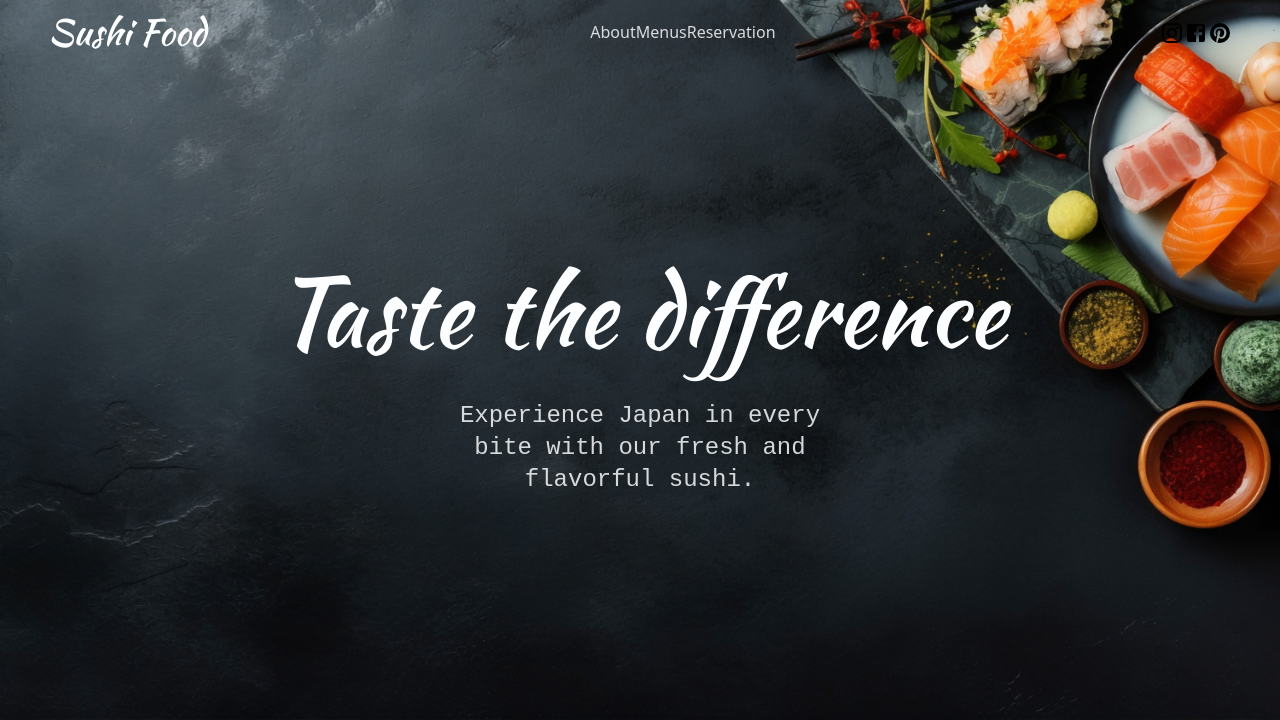
Repository: Adrien-legeleu/sushi-food
Page: /
These files come from the project's save history. The page is drawn as it stood at one moment and after a run of saves; the edit follows.
The browser window is 1280 px wide. The pictures show the whole page.
Some web fonts or font styles are not loaded; a fallback is used. The project was rebuilt for these pictures with package versions that can differ from the ones it lists, and the page was loaded fresh each time. Also part of the build but not shown: vite.config.ts.

Above is the page before, as saved 2024-04-28 20:13:38.

After the next 3 saves:
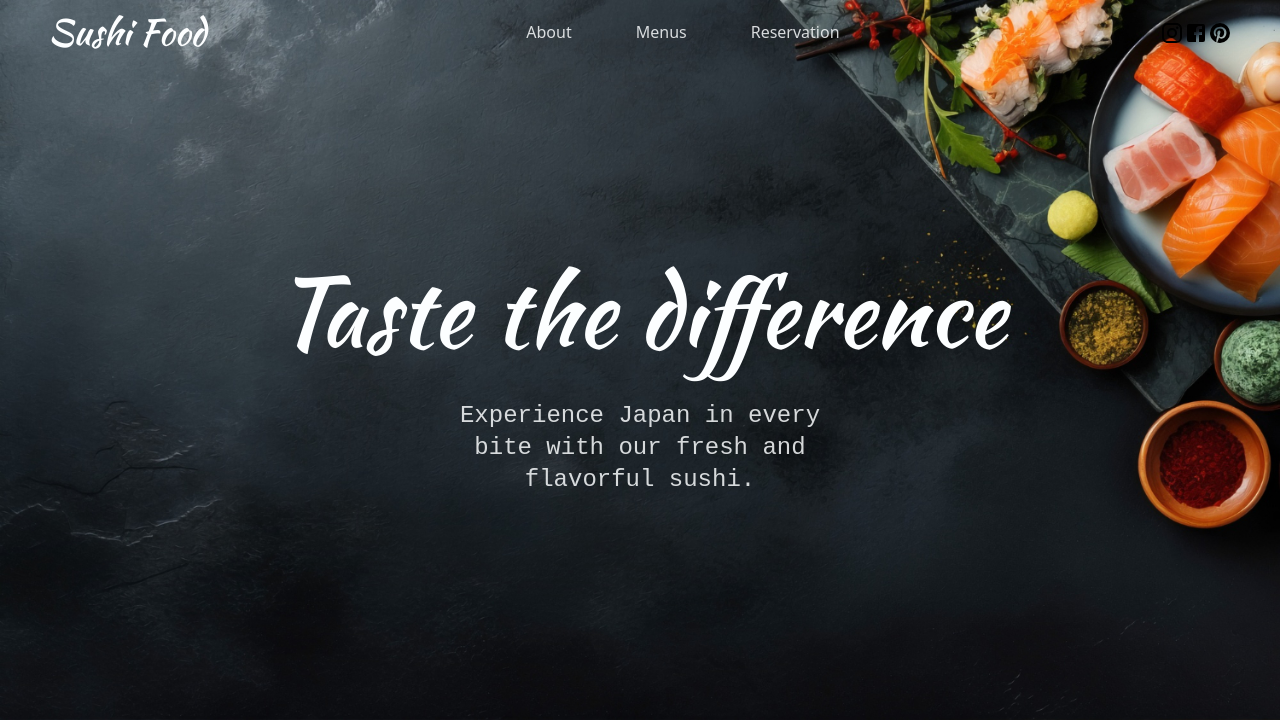
The 3 saves are shown as one change because they came seconds apart.
The last was saved 15 s later.
--- a/src/Components/Header.tsx
+++ b/src/Components/Header.tsx
@@ -5,7 +5,7 @@ export const Header =()=>{
     return (
         <div className='fixed h-16 w-full max-w-[1500px] top-0 left-1/2 -translate-x-1/2 flex justify-between items-center pl-12 pr-12'>
             <h2 className='font-title text-4xl text-whiteTitle'>Sushi Food</h2>
-            <ul className='flex items-center justify-between text-whiteText'>
+            <ul className='flex items-center gap-16 justify-between text-whiteText'>
                 <li>About</li>
                 <li>Menus</li>
                 <li>Reservation</li>
